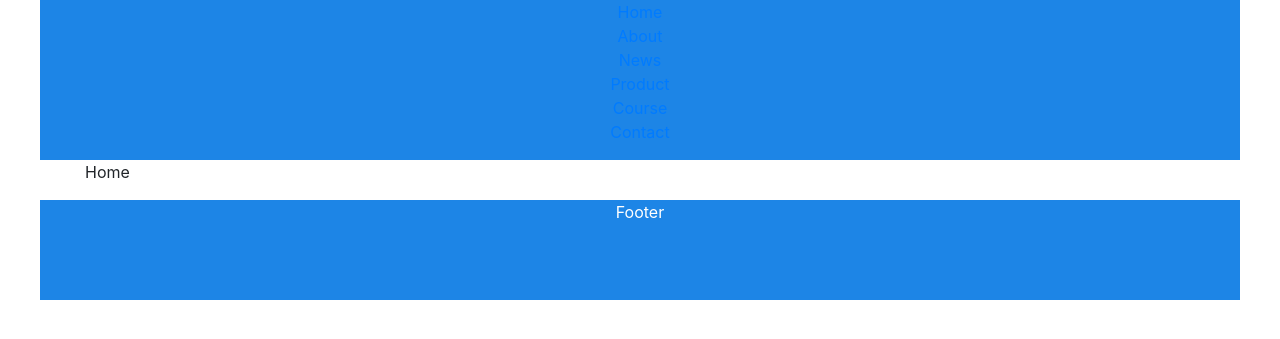
Repository: LmHoangg/php_master_unt
Page: http://localhost/?page=home
An editor plug-in stored every save of this project. The page is shown before and after the next save, followed by the edit.
The browser window is 1280 px wide. The pictures show the whole page.
The page is run by PHP 8.4 with error messages shown; the project is at /var/www/html/.

Above is the page before, as saved 2021-11-17 13:28:36.

After the next save:
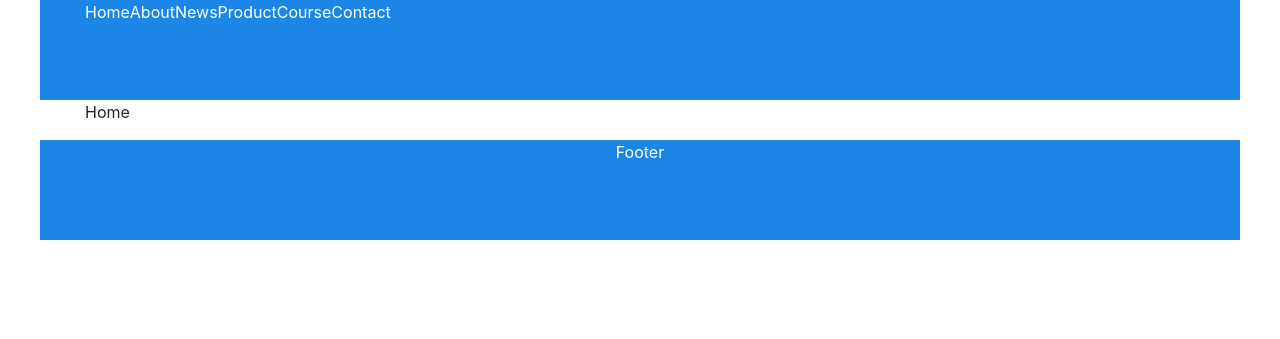
Saved 37 s later.
--- a/public/css/style.css
+++ b/public/css/style.css
@@ -9,11 +9,10 @@
   color: #fff;
   text-align: center;
 }
-#header ul.main-menu {
+#header ul#main-menu {
   list-style: none;
   display: flex;
+}
+ul#main-menu a {
   color: #fff;
 }
-ul.main-menu a {
-  color: #fff;
-}
